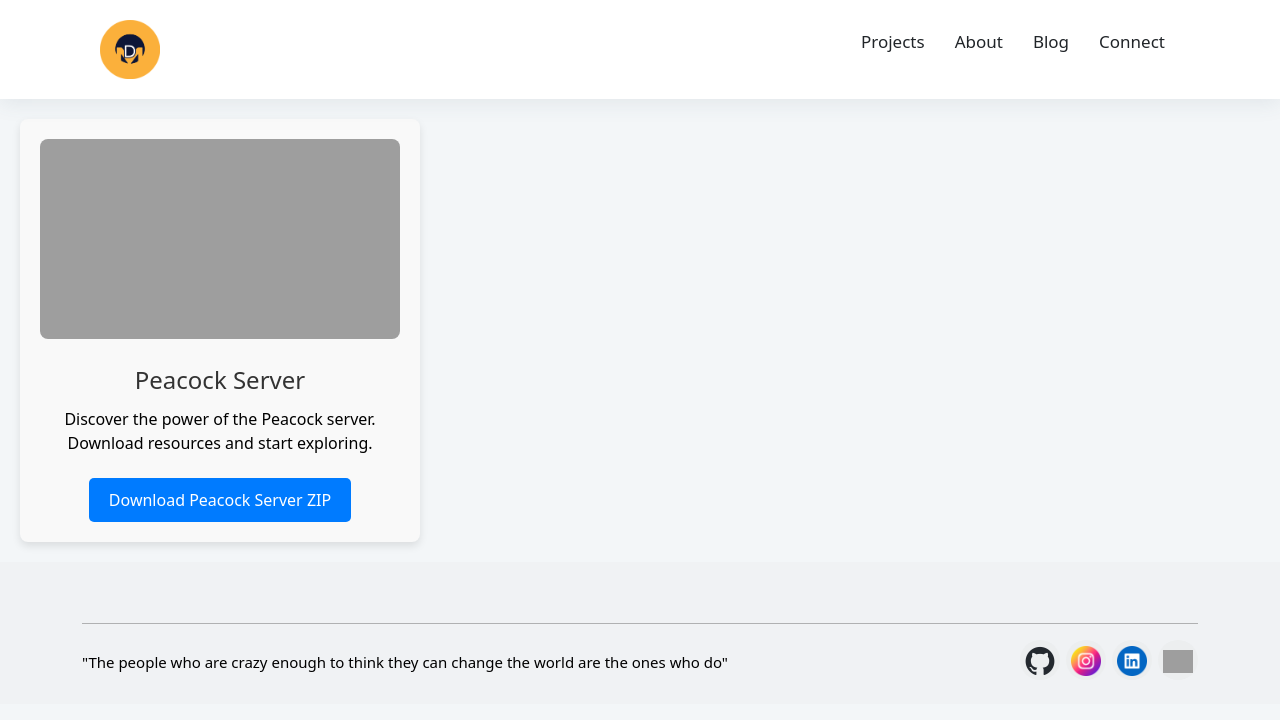
Repository: kaizoku010/firebrand
Page: /blog
These files come from the project's save history. The page is drawn as it stood at one moment and after a run of saves; the edit follows.
The browser window is 1280 px wide. The pictures show the whole page.
Pictures or frames that could not be fetched are drawn as grey boxes. The project was rebuilt for these pictures with package versions that can differ from the ones it lists, and the page was loaded fresh each time. Also part of the build but not shown: vite.config.js, src/update/homescreen.js, src/update/about.css, src/components/chips.css, src/components/chips.js, src/update/about.js, src/dataPoint/AllProjects.js, src/update/appsPage.js and 2 more.

Above is the page before, as saved 2024-11-11 11:49:57.

After the next 2 saves:
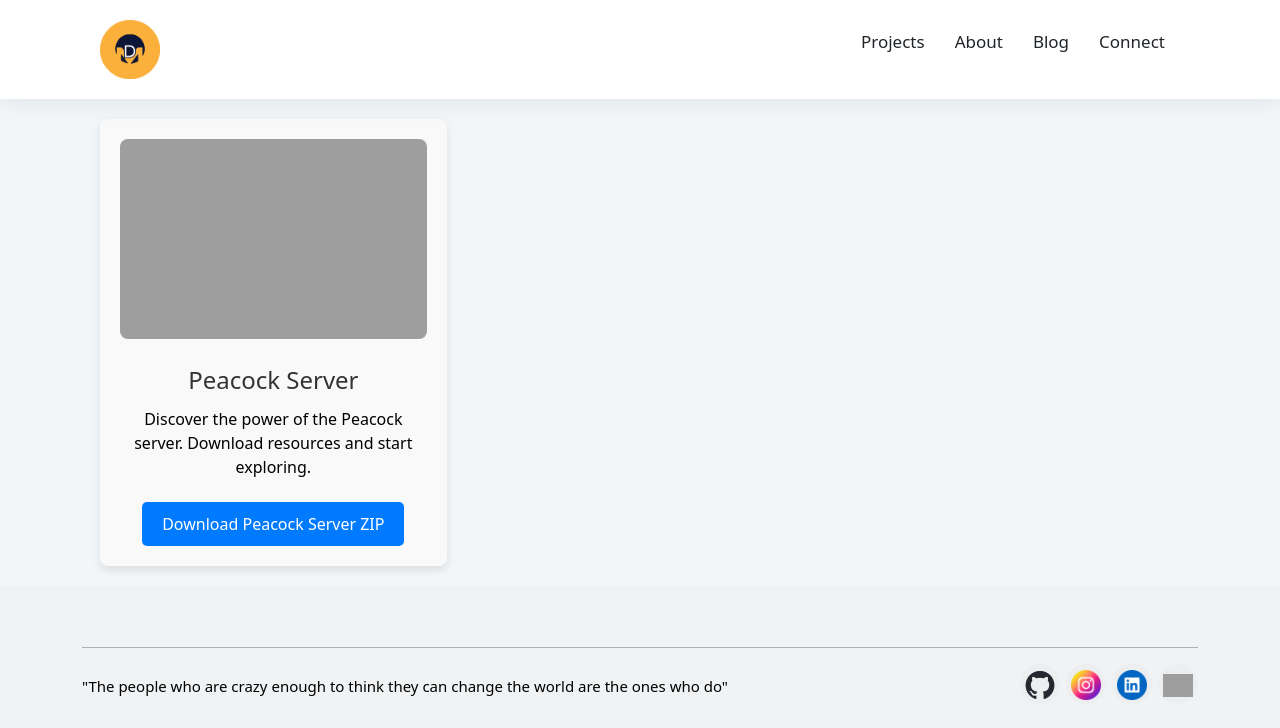
The 2 saves are shown as one change because they came seconds apart.
The last was saved 41 s later.
--- a/src/update/blog.css
+++ b/src/update/blog.css
@@ -6,7 +6,7 @@ height:100vh;
     display: grid;
     grid-template-columns: repeat(3, 1fr);
     gap: 20px;
-    padding: 20px;
+    padding: 20px 100px;
   }
 
   .blog-item {
